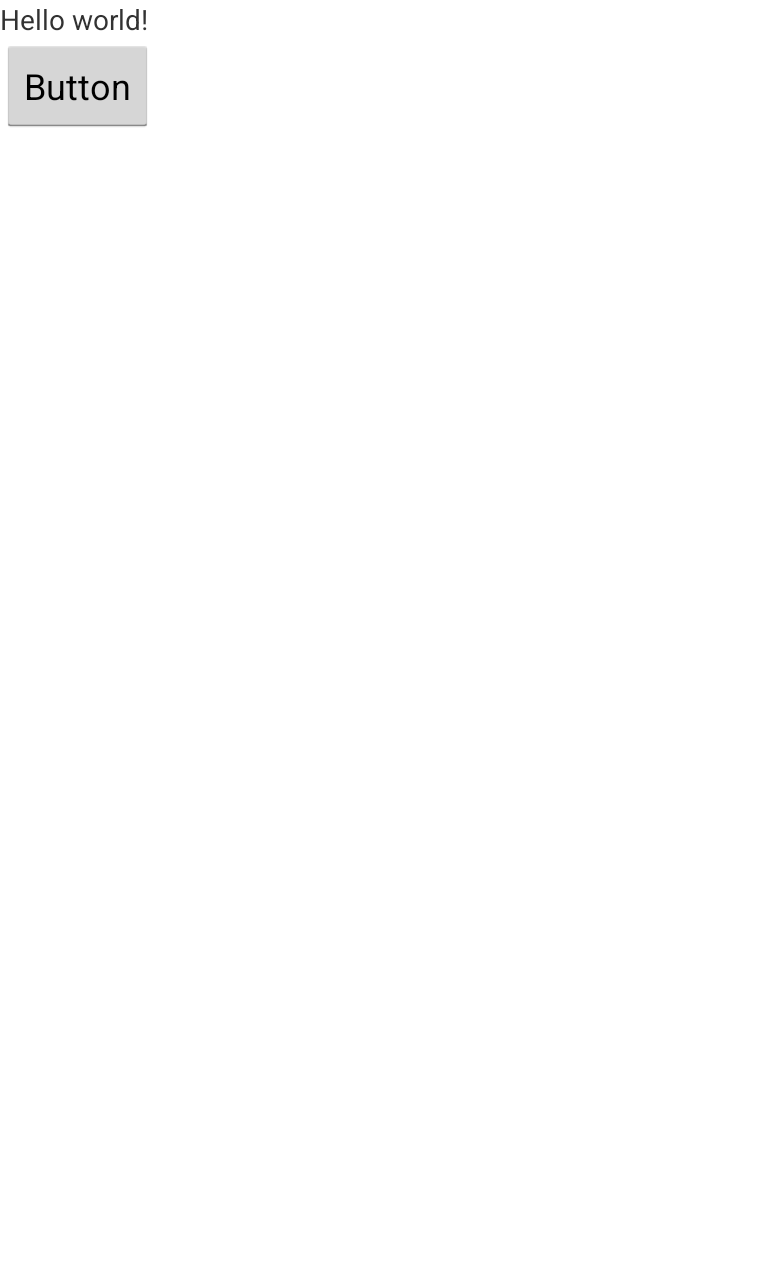
Repository: avenosu/android-coding-practice
Layout: Z008Toast(word and picture)/res/layout/activity_main.xml
An editor plug-in stored every save of this project. The layout is shown before and after the next save, followed by the edit.
It is drawn on a 768 x 1280 px phone screen (xhdpi) without system bars, with theme AppTheme; the app's code is not run.

Above is the layout before, as saved 2015-03-26 05:19:31.

### Z008Toast(word and picture)/res/layout/activity_main.xml
<LinearLayout xmlns:android="http://schemas.android.com/apk/res/android"
    xmlns:tools="http://schemas.android.com/tools"
    android:layout_width="match_parent"
    android:layout_height="match_parent"
    android:orientation="vertical"
    tools:context="com.ZZZ.z008toast.MainActivity" >

    <TextView
        android:id="@+id/textView1"
        android:layout_width="wrap_content"
        android:layout_height="wrap_content"
        android:text="@string/hello_world" />

    <Button
        android:id="@+id/mainactivity_button1"
        android:layout_width="wrap_content"
        android:layout_height="wrap_content"
        android:layout_alignLeft="@+id/textView1"
        android:layout_below="@+id/textView1"
        android:text="Button" />

</LinearLayout>

### Z008Toast(word and picture)/res/values/strings.xml
<?xml version="1.0" encoding="utf-8"?>
<resources>

    <string name="app_name">Z008Toast</string>
    <string name="hello_world">Hello world!</string>
    <string name="action_settings">Settings</string>

</resources>

Loaded but not shown: Z008Toast(word and picture)/res/values/styles.xml (common file); Z008Toast(word and picture)/res/values-v11/styles.xml (common file); Z008Toast(word and picture)/res/values-v14/styles.xml (common file)

After the next save:
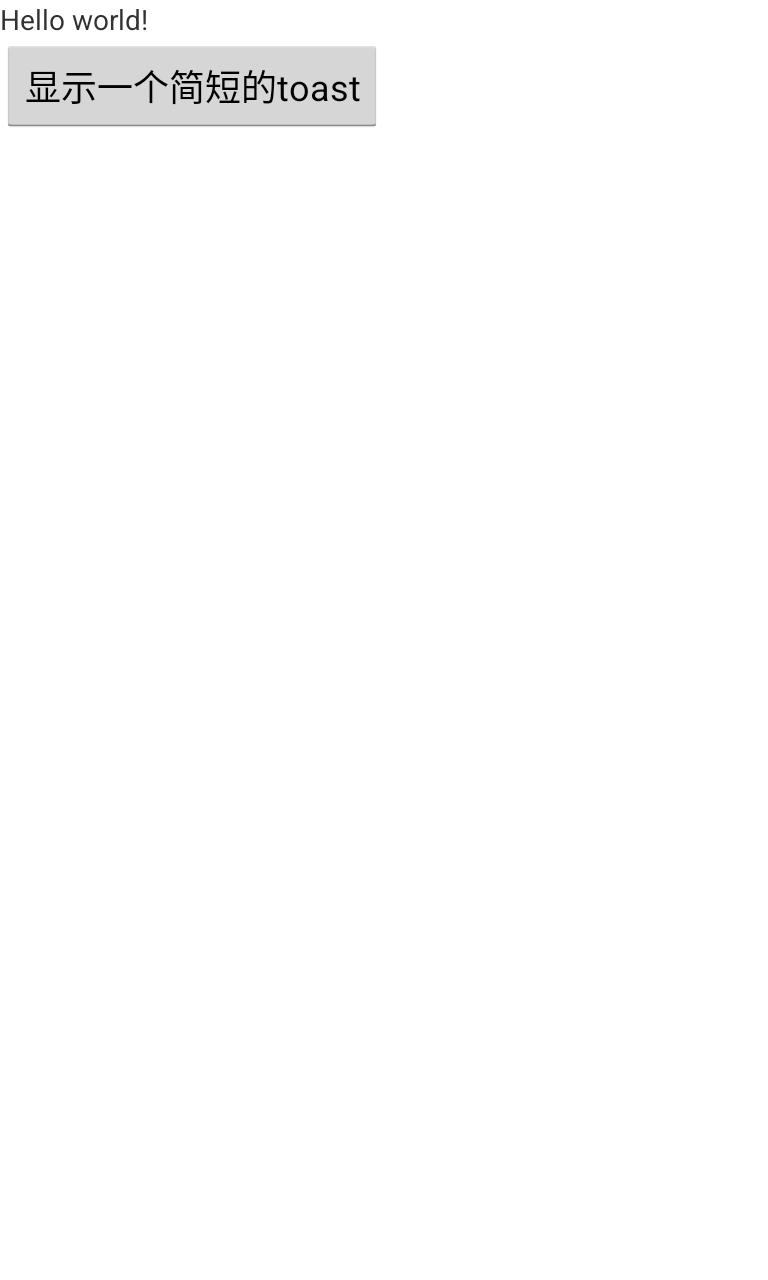
Saved 20 s later.
--- a/Z008Toast(word and picture)/res/layout/activity_main.xml
+++ b/Z008Toast(word and picture)/res/layout/activity_main.xml
@@ -17,6 +17,6 @@
         android:layout_height="wrap_content"
         android:layout_alignLeft="@+id/textView1"
         android:layout_below="@+id/textView1"
-        android:text="Button" />
+        android:text="显示一个简短的toast" />
 
 </LinearLayout>
